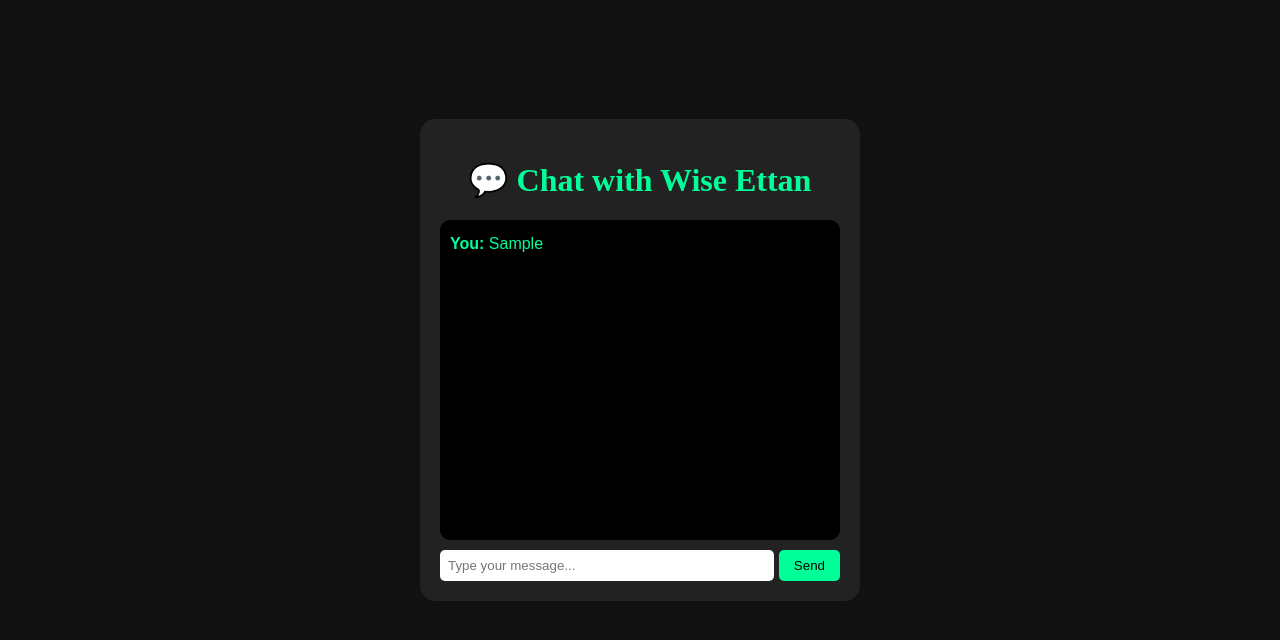
Repository: ryukkzz/Wise-Ettan-s-Zone
Page: chatbot.html
An editor plug-in stored every save of this project. The page is shown before and after a run of saves, followed by the edit.
The browser window is 1280 px wide. The pictures show the whole page.
Empty fields were first filled with sample values (such as "Sample", 5 or name@example.com).
After loading, the first visible `button` was clicked once.
The page's requests for data from a server got no answer.

Above is the page before, as saved 2025-08-08 21:47:57.

After the next 2 saves:
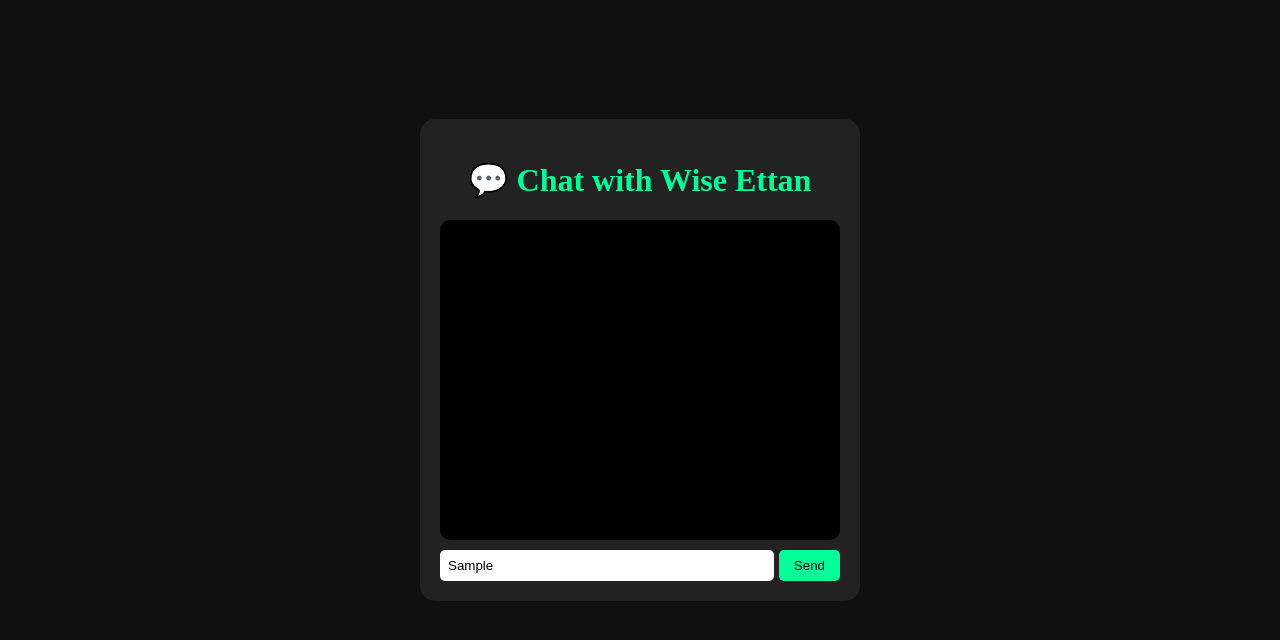
Console error: TypeError: Cannot read properties of null (reading 'addEventListener')
The 2 saves are shown as one change because they came seconds apart.
The last was saved 3 min 44 s later.
--- a/chatbot.html
+++ b/chatbot.html
@@ -18,54 +18,55 @@
 </div>
 
 <script>
-async function sendMessage() {
-    const input = document.getElementById("user-input");
-    const userMessage = input.value.trim();
-    if (!userMessage) return;
+    async function sendMessage() {
+        const userInput = document.getElementById("userInput").value.trim();
+        if (!userInput) return;
 
-    // Show user message
-    const messagesDiv = document.getElementById("messages");
-    messagesDiv.innerHTML += `<div class="message user"><b>You:</b> ${userMessage}</div>`;
-    input.value = "";
+        // Display user's message
+        const chatBox = document.getElementById("chatBox");
+        const userMessageDiv = document.createElement("div");
+        userMessageDiv.className = "user-message";
+        userMessageDiv.textContent = "You: " + userInput;
+        chatBox.appendChild(userMessageDiv);
 
-    // Call backend
-    const res = await fetch("/chat", {
-        method: "POST",
-        headers: { "Content-Type": "application/json" },
-        body: JSON.stringify({ message: userMessage })
+        // Clear input field
+        document.getElementById("userInput").value = "";
+
+        try {
+            // Send message to backend
+            const response = await fetch("/chat", {
+                method: "POST",
+                headers: { "Content-Type": "application/json" },
+                body: JSON.stringify({ message: userInput })
+            });
+
+            const data = await response.json();
+
+            // Display Wise Ettan's reply
+            const botMessageDiv = document.createElement("div");
+            botMessageDiv.className = "bot-message";
+            botMessageDiv.textContent = "Wise Ettan: " + data.reply;
+            chatBox.appendChild(botMessageDiv);
+
+            // Scroll to latest message
+            chatBox.scrollTop = chatBox.scrollHeight;
+        } catch (error) {
+            console.error("Error:", error);
+            const errorDiv = document.createElement("div");
+            errorDiv.className = "error-message";
+            errorDiv.textContent = "Error connecting to server.";
+            chatBox.appendChild(errorDiv);
+        }
+    }
+
+    // Allow Enter key to send message
+    document.getElementById("userInput").addEventListener("keypress", function (e) {
+        if (e.key === "Enter") {
+            sendMessage();
+        }
     });
-    const data = await res.json();
+</script>
 
-    // Show Wise Ettan's reply
-    messagesDiv.innerHTML += `<div class="message ettan"><b>Wise Ettan:</b> ${data.reply}</div>`;
-    messagesDiv.scrollTop = messagesDiv.scrollHeight;
-}
-</script>
-<script>
-async function sendMessage() {
-  const input = document.getElementById("user-input");
-  const msg = input.value.trim();
-  if (!msg) return;
-
-  const messagesDiv = document.getElementById("messages");
-  messagesDiv.innerHTML += `<div class="message user"><b>You:</b> ${msg}</div>`;
-  input.value = "";
-
-  const res = await fetch("/chat", {
-    method: "POST",
-    headers: { "Content-Type": "application/json" },
-    body: JSON.stringify({ message: msg })
-  });
-  const data = await res.json();
-  messagesDiv.innerHTML += `<div class="message ettan"><b>Wise Ettan:</b> ${data.reply}</div>`;
-  messagesDiv.scrollTop = messagesDiv.scrollHeight;
-}
-
-document.getElementById("user-input")
-  .addEventListener("keypress", e => {
-    if (e.key === "Enter") sendMessage();
-});
-</script>
 
 </body>
 </html>
